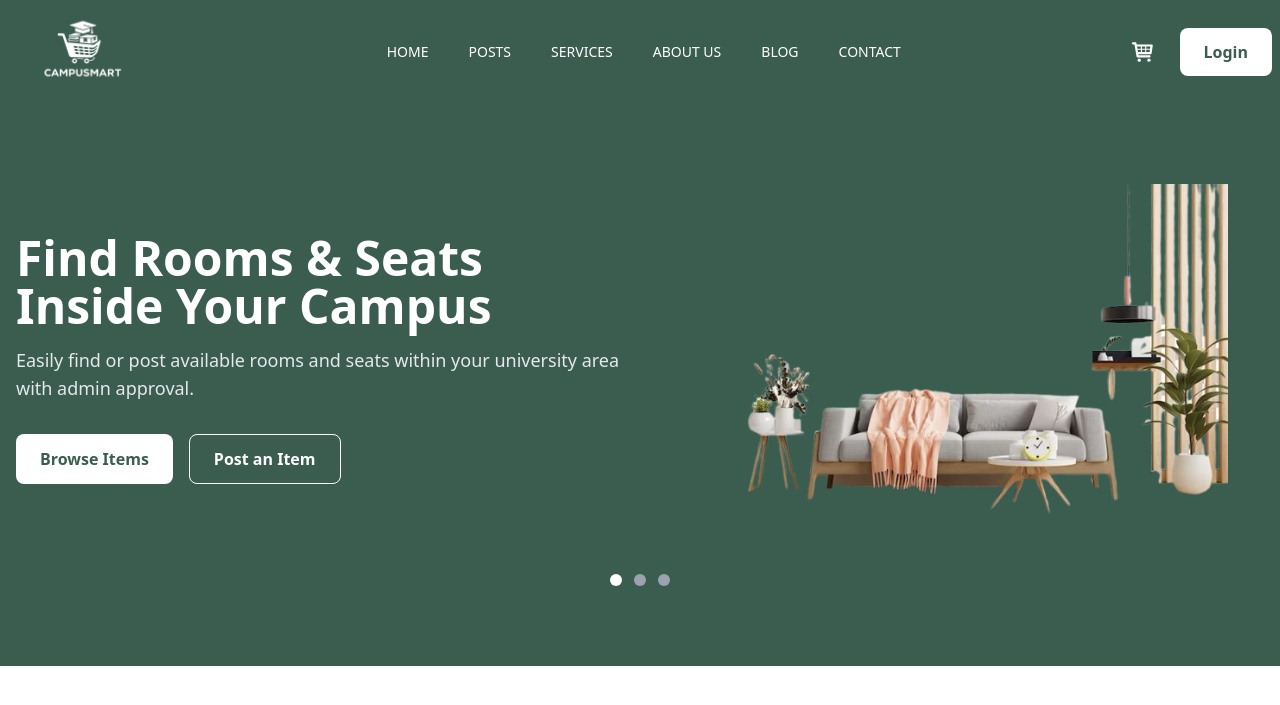
Repository: jahidhasanri/CAMPUSMART
Page: /
The author's editor kept a copy of each file at every save. The page is drawn from the files as they stood at one save, then again after the next save.
The browser window is 1280 px wide. The pictures show the whole page.
The project was rebuilt for these pictures with package versions that can differ from the ones it lists, and the page was loaded fresh each time. Also part of the build but not shown: vite.config.js.

Above is the page before, as saved 2026-01-12 22:52:59.

After the next save:
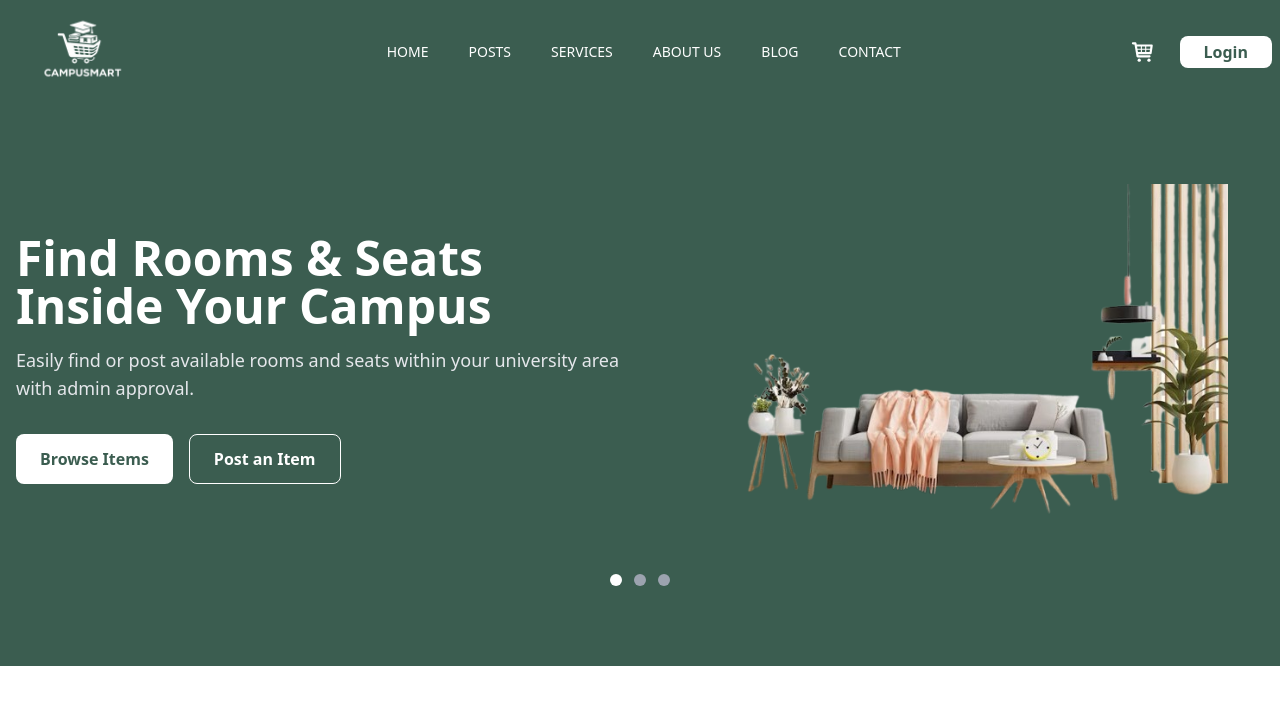
Saved 26 s later.
--- a/src/components/Navbar.jsx
+++ b/src/components/Navbar.jsx
@@ -48,7 +48,7 @@ const Navbar = () => {
               size={26}
               className="cursor-pointer hover:text-[#5a8139]"
             />
-            <button className="bg-white text-[#3b5d50] px-6 py-3 rounded-lg font-semibold hover:bg-gray-200 transition">
+            <button className="bg-white text-[#3b5d50] px-6 py-1 rounded-lg font-semibold hover:bg-gray-200 transition">
                 Login
               </button>
           </Link>
